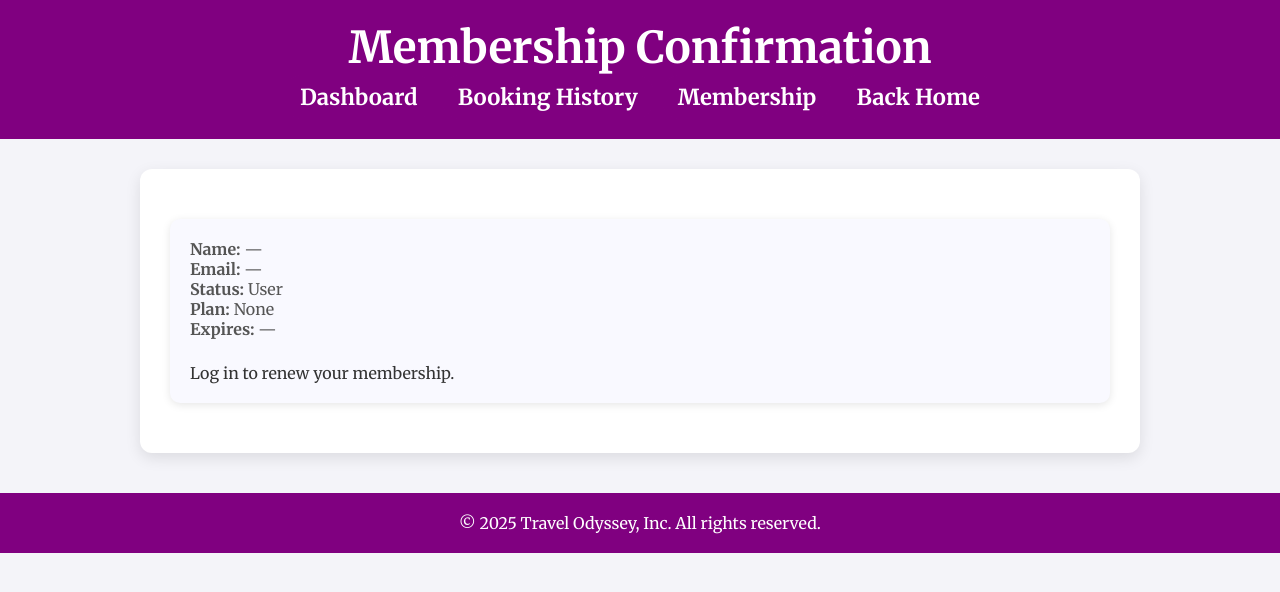
Repository: GHzPhoenix/Project-Odyssey
Page: Frontend/membership-confirmation.html
The author's editor kept a copy of each file at every save. The page is drawn from the files as they stood at one save, then again after the next save.
The browser window is 1280 px wide. The pictures show the whole page.

Above is the page before, as saved 2025-06-12 16:10:33.

### Frontend/membership-confirmation.html
<!DOCTYPE html>
<html lang="en">
  <head>
    <meta charset="UTF-8" />
    <meta name="viewport" content="width=device-width, initial-scale=1.0" />
    <title>Membership – Travel Odyssey</title>
    <link rel="stylesheet" href="/Frontend/css/dashboard.css" />
    <link rel="stylesheet" href="/Frontend/css/membership.css" />
    <link
      href="https://fonts.googleapis.com/css2?family=Merriweather:wght@300;400;700&display=swap"
      rel="stylesheet"
    />
  </head>

  <body>
    <header>
      <h1 style="color: white">Membership Confirmation</h1>
      <nav>
        <a href="dashboard.html">Dashboard</a>
        <a href="booking-history.html">Booking History</a>
        <a href="membership-confirmation.html" class="active">Membership</a>
        <a href="index.html">Back Home</a>
      </nav>
    </header>

    <main>
      <section class="confirmation dashboard-section">
        <p><strong>Name:</strong> <span id="user-name">Loading…</span></p>
        <p><strong>Email:</strong> <span id="user-email">Loading…</span></p>
        <p><strong>Status:</strong> <span id="user-status">Loading…</span></p>
        <p>
          <strong>Plan:</strong>
          <span id="membership-type">Loading…</span>
        </p>
        <p>
          <strong>Expires:</strong>
          <span id="membership-expiration">Loading…</span>
        </p>

        <div id="paypal-button-container" style="margin-top: 1.5rem"></div>
        <div id="renew-message" class="message"></div>
      </section>
    </main>

    <footer class="footer">
      <div class="footer-container"></div>
      <div class="footer-bottom">
        <p>© 2025 Travel Odyssey, Inc. All rights reserved.</p>
      </div>
    </footer>

    <script>
      document.addEventListener("DOMContentLoaded", async () => {
        const user = JSON.parse(localStorage.getItem("user") || "{}");
        const membershipType = localStorage.getItem("membershipType") || "";
        const membershipExpires =
          localStorage.getItem("membershipExpires") || "";
        const token = localStorage.getItem("token");

        document.getElementById("user-name").textContent = user.name || "—";
        document.getElementById("user-email").textContent = user.email || "—";
        document.getElementById("membership-type").textContent =
          membershipType || "None";
        document.getElementById("membership-expiration").textContent =
          membershipExpires || "—";

        const statusEl = document.getElementById("user-status");
        if (membershipType) statusEl.textContent = "Member";
        else if (user.role === "admin") statusEl.textContent = "Admin";
        else statusEl.textContent = "User";

        if (!token) {
          const msg = document.getElementById("renew-message");
          msg.textContent = "Log in to renew your membership.";
          msg.classList.add("error");
          return;
        }

        try {
          const { clientId } = await fetch(
            "http://127.0.0.1:5001/api/config/paypal"
          ).then((r) => r.json());
          const script = document.createElement("script");
          script.src = `https://www.paypal.com/sdk/js?client-id=${clientId}&currency=EUR`;
          script.onload = renderPayPalButtons;
          document.head.appendChild(script);
        } catch (err) {
          console.error("Could not load PayPal config", err);
          const msg = document.getElementById("renew-message");
          msg.textContent = "Unable to load payment options.";
          msg.classList.add("error");
        }

        function renderPayPalButtons() {
          paypal
            .Buttons({
              style: { layout: "vertical", shape: "pill", color: "blue" },

              createOrder: (_, actions) => {
                const slug =
                  membershipType.toLowerCase().split(" ")[0] || "premium";
                return fetch("http://127.0.0.1:5001/api/paypal/order", {
                  method: "POST",
                  headers: {
                    "Content-Type": "application/json",
                    Authorization: "Bearer " + token,
                  },
                  body: JSON.stringify({ planId: slug }),
                })
                  .then((r) => r.json())
                  .then((data) => data.approveLink)
                  .then((url) => {
                    window.location.href = url;
                  });
              },

              onApprove: () => {},

              onError: (err) => {
                console.error("PayPal error:", err);
                const msg = document.getElementById("renew-message");
                msg.textContent = "Payment failed. Please try again.";
                msg.classList.add("error");
              },
            })
            .render("#paypal-button-container");
        }
      });
    </script>
  </body>
</html>

### Frontend/css/dashboard.css
:root {
  --color-primary: purple;
  --color-accent: #ff6f91;
  --color-bg-light: #f4f4f9;
  --color-bg-lighter: #e0e0e3;
  --color-text: #333;
  --color-text-light: #555;
  --radius: 1.25rem;
  --spacing-sm: 0.5rem;
  --spacing-md: 1rem;
  --spacing-lg: 2rem;
  --font-base: 1rem;
  --font-scale: 1.125rem;
}
body {
  font-family: "Merriweather", serif;
  background: linear-gradient(to bottom, #f4f4f9, #e0e0e3);
  margin: 0;
  padding: 0;
}

header {
  background-color: purple;
  color: white;
  text-align: center;
  padding: 20px;
  font-size: 22px;
  font-weight: bold;
}

nav {
  display: flex;
  justify-content: center;
  flex-wrap: wrap;
  gap: var(--spacing-sm);
}

nav a {
  display: inline-block;
  padding: var(--spacing-sm) var(--spacing-md);
  background-color: var(--color-primary);
  color: #fff;
  text-decoration: none;
  font-weight: 600;
  border-radius: var(--radius);
  transition: background-color 0.3s ease;
}

nav a:hover {
  background-color: var(--color-accent);
  color: #fff;
}
.menu-toggle {
  display: none;
  flex-direction: column;
  cursor: pointer;
}

.menu-toggle div {
  width: 28px;
  height: 3px;
  background-color: white;
  margin: 4px 0;
}

@media (max-width: 768px) {
  nav ul {
    flex-direction: column;
    width: 100%;
    display: none;
    background-color: purple;
    margin-top: 10px;
    padding: 10px 0;
  }

  nav ul.active {
    display: flex;
  }

  .menu-toggle {
    display: flex;
  }

  nav ul li {
    width: 100%;
    text-align: center;
  }
}

main {
  max-width: 1000px;
  margin: 30px auto;
  padding: 30px;
  background-color: white;
  border-radius: 12px;
  box-shadow: 0px 5px 15px rgba(0, 0, 0, 0.1);
}

h2 {
  color: purple;
  font-size: 24px;
  margin-bottom: 20px;
  text-align: center;
  border-bottom: 2px solid purple;
  padding-bottom: 10px;
}

.dashboard-section {
  margin: 20px 0;
  padding: 20px;
  background-color: #f9f9ff;
  border-radius: 10px;
  box-shadow: 0px 2px 8px rgba(0, 0, 0, 0.1);
}

.dashboard-section h3 {
  font-size: 20px;
  color: purple;
  margin-bottom: 10px;
}

.deals-container {
  display: grid;
  grid-template-columns: repeat(auto-fit, minmax(280px, 1fr));
  gap: 1.5rem;
  margin-top: 2rem;
  padding: 0;
}

.deal-card {
  background-color: #fff;
  border-radius: 12px;
  overflow: hidden;
  box-shadow: 0 4px 10px rgba(0, 0, 0, 0.1);
  transition: transform 0.2s ease, box-shadow 0.2s ease;
  display: flex;
  flex-direction: column;
}

.deal-card:hover {
  transform: translateY(-4px);
  box-shadow: 0 6px 14px rgba(0, 0, 0, 0.15);
}

.deal-card img {
  width: 100%;
  height: 180px;
  object-fit: cover;
  display: block;
}

.deal-card-body {
  padding: 1rem;
  flex: 1;
  display: flex;
  flex-direction: column;
}

.deal-card-body h3 {
  margin: 0 0 0.5rem;
  font-size: 1.25rem;
  color: purple;
}

.deal-card-body p {
  margin: 0.25rem 0;
  color: #555;
  font-size: 0.95rem;
  flex: 1;
}

.card-button {
  display: inline-block;
  background-color: purple;
  color: #fff;
  text-decoration: none;
  padding: 0.5rem 1rem;
  border-radius: 20px;
  font-weight: bold;
  font-size: 0.95rem;
  text-align: center;
  transition: background-color 0.3s ease;
  margin-top: 1rem;
}

.card-button:hover {
  background-color: #ff6f91;
  color: #fff;
}

.no-deals {
  text-align: center;
  font-size: 1rem;
  color: #555;
  margin-top: 2rem;
}

@media (max-width: 600px) {
  .deals-container {
    grid-template-columns: 1fr;
  }
  .deal-card img {
    height: 200px;
  }
}

.dashboard-section p {
  font-size: 16px;
  color: #555;
}

.button {
  background-color: purple;
  color: white;
  padding: 10px 18px;
  border-radius: 25px;
  text-decoration: none;
  display: inline-block;
  margin-top: 15px;
  font-weight: bold;
  transition: background 0.3s ease-in-out;
}

.button:hover {
  background-color: #ff3b72;
}

footer {
  background-color: purple;
  color: white;
  text-align: center;
  padding: 20px;
  margin-top: 40px;
}

@media (max-width: 768px) {
  main {
    margin: 20px;
    padding: 20px;
  }
}

### Frontend/css/membership.css
@import url("https://fonts.googleapis.com/css2?family=Merriweather:wght@300;400;700&display=swap");

:root {
  --primary: purple;
  --accent: #ff6f91;
  --text-dark: #333;
  --bg-light: #f4f4f9;
  --white: #fff;
}

* {
  box-sizing: border-box;
  margin: 0;
  padding: 0;
}

body {
  font-family: "Merriweather", serif;
  background: var(--bg-light);
  color: var(--text-dark);
}

main.membership-section {
  padding: 60px 20px;
  max-width: 1200px;
  margin: 0 auto;
  text-align: center;
}

.section-title {
  font-size: 2.4rem;
  margin-bottom: 1.5rem;
  font-weight: 700;
  color: var(--primary);
}

.membership-grid {
  display: grid;
  grid-template-columns: repeat(auto-fit, minmax(280px, 1fr));
  gap: 2rem;
  margin-bottom: 3rem;
}

.membership-card {
  background: var(--white);
  border-radius: 12px;
  padding: 2rem;
  box-shadow: 0 8px 20px rgba(0, 0, 0, 0.05);
  transition: transform 0.3s, box-shadow 0.3s;
  display: flex;
  flex-direction: column;
  align-items: center;
}

.membership-card:hover {
  transform: translateY(-8px);
  box-shadow: 0 12px 30px rgba(0, 0, 0, 0.1);
}

.icon {
  font-size: 3rem;
  color: var(--primary);
  margin-bottom: 1rem;
}

.membership-card h3 {
  font-size: 1.5rem;
  margin-bottom: 0.75rem;
  color: var(--text-dark);
}

.membership-card p {
  font-size: 1rem;
  color: #666;
  margin-bottom: 1.5rem;
  line-height: 1.5;
}

.price {
  font-size: 1.4rem;
  font-weight: 700;
  color: var(--text-dark);
  margin-bottom: 2rem;
}

.join-btn {
  background: var(--primary);
  color: var(--white);
  padding: 0.75rem 2rem;
  border-radius: 25px;
  font-size: 1rem;
  font-weight: 700;
  text-decoration: none;
  transition: background 0.3s, transform 0.2s;
}

.join-btn:hover {
  background: var(--accent);
  transform: translateY(-2px);
}

.plans {
  display: flex;
  flex-wrap: wrap;
  gap: 2rem;
  justify-content: center;
  margin-bottom: 3rem;
}

.plan-card {
  background: var(--white);
  border-radius: 10px;
  box-shadow: 0 6px 16px rgba(0, 0, 0, 0.05);
  flex: 1 1 220px;
  max-width: 240px;
  padding: 1.5rem;
  display: flex;
  flex-direction: column;
  align-items: center;
  transition: transform 0.3s, border-color 0.3s;
}

.plan-card:hover {
  transform: translateY(-5px);
}

.plan-card.featured {
  border: 2px solid var(--accent);
}

.plan-card h2 {
  margin-bottom: 0.5rem;
  color: var(--primary);
}

.plan-card .price {
  font-size: 2rem;
  margin-bottom: 1rem;
}

.plan-card .price small {
  font-size: 1rem;
  color: #666;
}

.plan-card ul {
  list-style: none;
  width: 100%;
  margin: 1rem 0 2rem;
  padding: 0;
  text-align: left;
}

.plan-card ul li {
  margin-bottom: 0.5rem;
  position: relative;
  padding-left: 1.2rem;
  color: #555;
}

.plan-card ul li::before {
  content: "✔";
  position: absolute;
  left: 0;
  color: var(--accent);
}

#membership-form {
  background: var(--white);
  padding: 2rem;
  border-radius: 10px;
  box-shadow: 0 6px 16px rgba(0, 0, 0, 0.05);
  max-width: 600px;
  margin: 0 auto 3rem;
}

.form-row {
  margin-bottom: 1.25rem;
  text-align: left;
}

.form-row label {
  display: block;
  margin-bottom: 0.5rem;
  font-weight: 600;
  color: var(--text-dark);
}

.form-row select,
.form-row input[type="text"] {
  width: 100%;
  padding: 0.6rem;
  border: 1px solid #ccc;
  border-radius: 6px;
  font-size: 1rem;
}

.form-row p {
  margin-bottom: 0.5rem;
  font-weight: 600;
}

.form-row.two-cols {
  display: flex;
  gap: 1rem;
}

#card-fields {
  margin-top: 1rem;
}

@media (max-width: 768px) {
  .membership-grid,
  .plans {
    flex-direction: column;
    grid-template-columns: 1fr;
    align-items: center;
  }
}

After the next save:
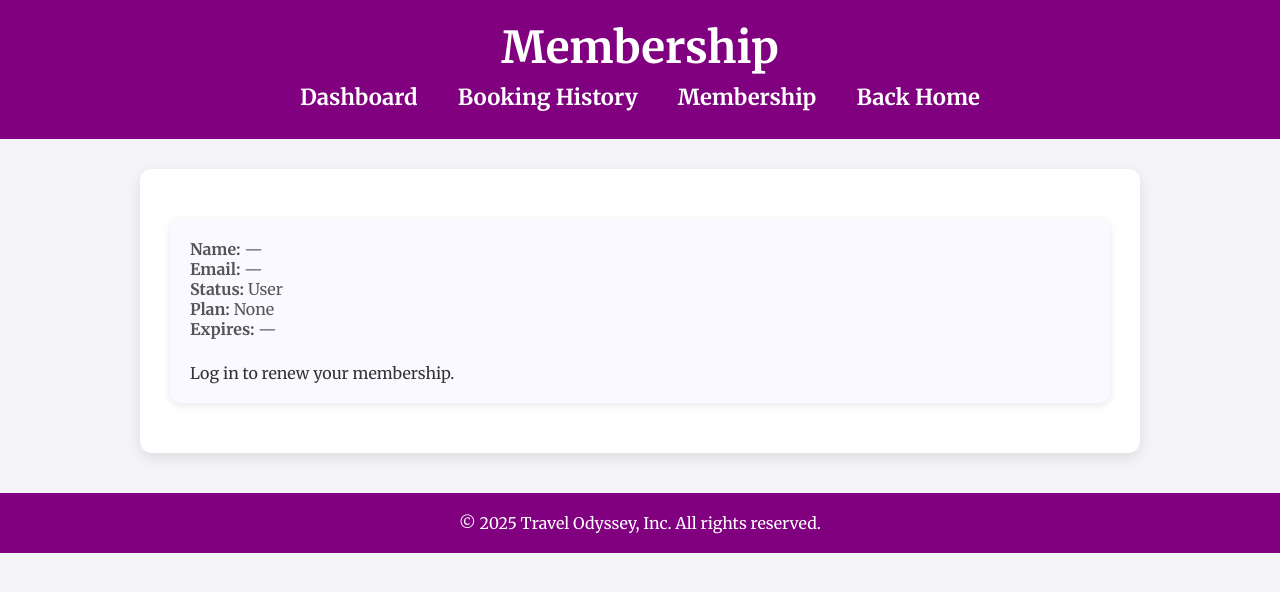
Saved 63 s later.
--- a/Frontend/membership-confirmation.html
+++ b/Frontend/membership-confirmation.html
@@ -14,7 +14,7 @@
 
   <body>
     <header>
-      <h1 style="color: white">Membership Confirmation</h1>
+      <h1 style="color: white">Membership</h1>
       <nav>
         <a href="dashboard.html">Dashboard</a>
         <a href="booking-history.html">Booking History</a>
